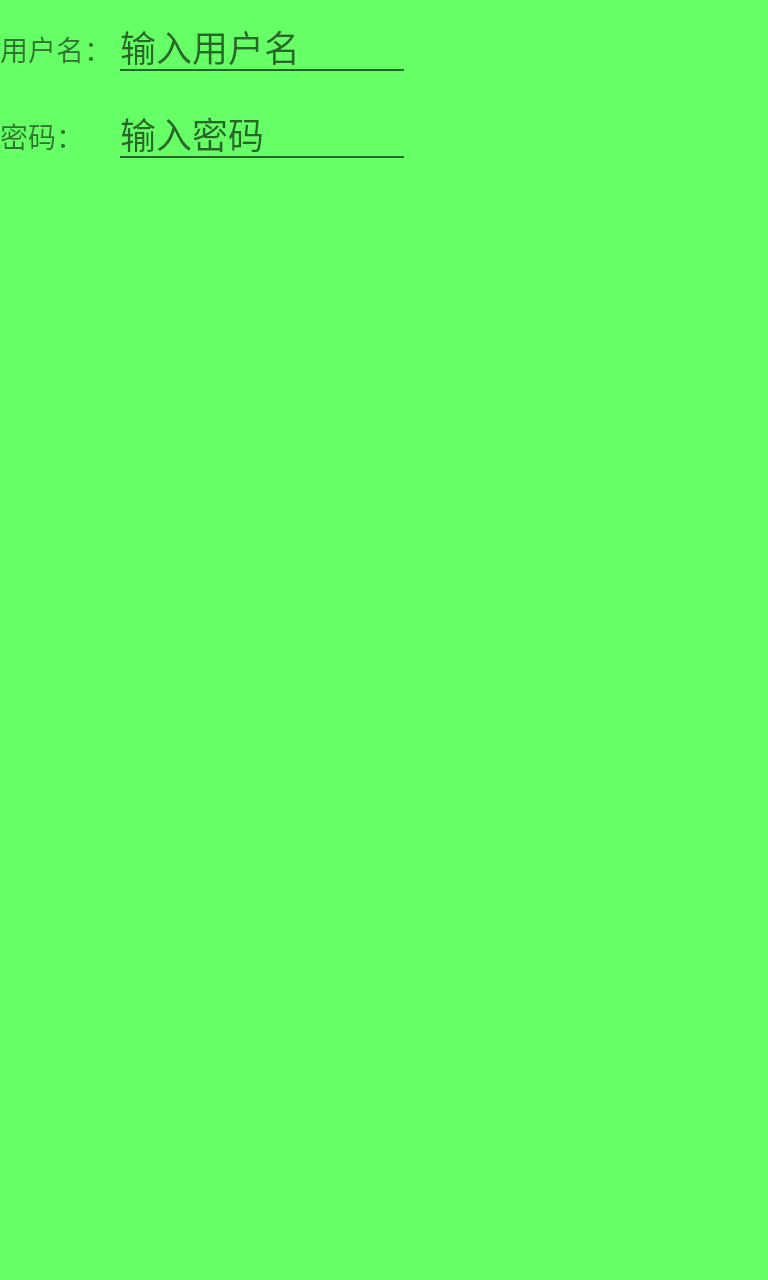
Repository: bingb89/Garbage
Layout: xml/login-demo/res/layout/activity_main.xml
An editor plug-in stored every save of this project. The layout is shown before and after the next save, followed by the edit.
It is drawn on a 768 x 1280 px phone screen (xhdpi) without system bars, with theme AppTheme; the app's code is not run.

Above is the layout before, as saved 2015-12-25 02:21:37.

After the next save:
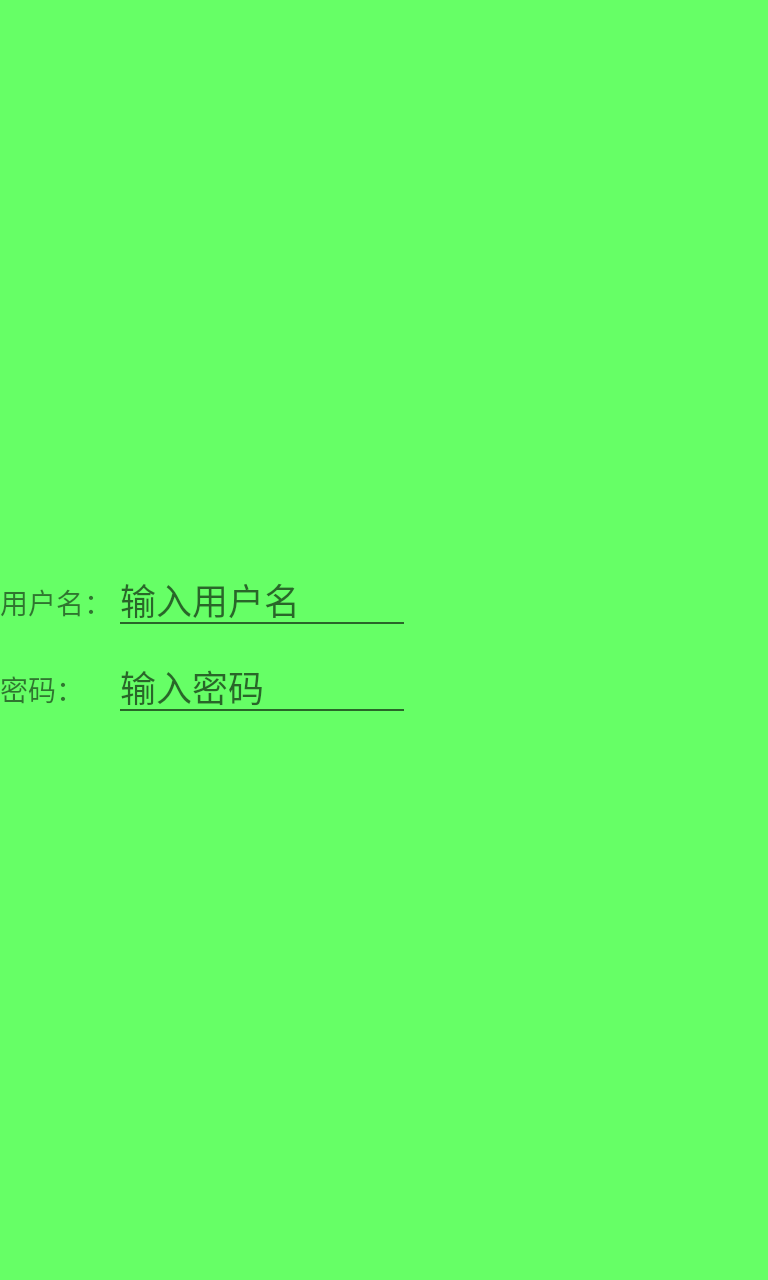
Saved 2 min 37 s later.
--- a/xml/login-demo/res/layout/activity_main.xml
+++ b/xml/login-demo/res/layout/activity_main.xml
@@ -4,7 +4,8 @@
     android:id="@+id/relative"
     android:layout_width="fill_parent"
     android:layout_height="fill_parent"
-    android:background="#66ff66">
+    android:background="#66ff66"
+    android:gravity="center_vertical">
 
     <TableRow>
 
